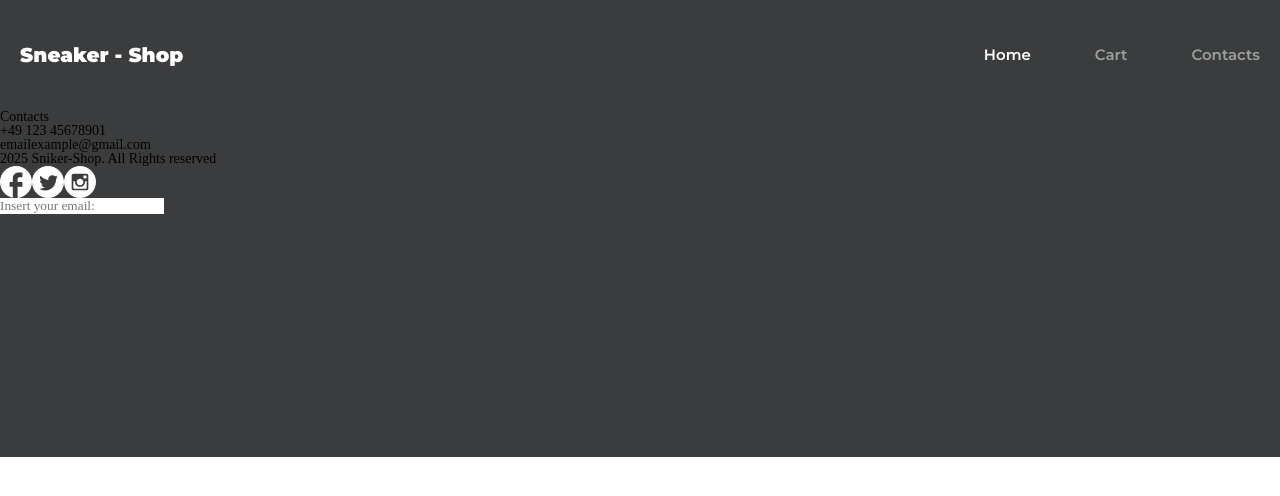
Repository: IstratiiNik/sneaker-shop
Page: /
These files come from the project's save history. The page is drawn as it stood at one moment and after the next save; the edit follows.
The browser window is 1280 px wide. The pictures show the whole page.
The project was rebuilt for these pictures with package versions that can differ from the ones it lists, and the page was loaded fresh each time. Also part of the build but not shown: vite.config.js.

Above is the page before, as saved 2025-07-01 13:55:09.

### index.html
<!DOCTYPE html>
<html lang="en">
  <head>
    <meta charset="UTF-8" />
    <link rel="icon" type="image/svg+xml" href="/vite.svg" />
    <link rel="preconnect" href="https://fonts.googleapis.com" />
    <link rel="preconnect" href="https://fonts.gstatic.com" crossorigin />
    <link
      href="https://fonts.googleapis.com/css2?family=Montserrat:ital,wght@0,100..900;1,100..900&family=Red+Hat+Display:ital,wght@0,300..900;1,300..900&display=swap"
      rel="stylesheet"
    />
    <meta name="viewport" content="width=device-width, initial-scale=1.0" />
    <title>Sneaker Shop</title>
  </head>
  <body>
    <div id="root"></div>
    <script type="module" src="/src/main.jsx"></script>
  </body>
</html>

### src/App.jsx
import Header from "./components/Header/Header";
import Footer from "./components/Footer/Footer";
import "./App.css";

function App() {
  return (
    <>
      <Header />
      <Footer />
    </>
  );
}

export default App;

### src/components/Header/Header.jsx
import React from "react";
import { NavLink } from "react-router-dom";
import styles from "./Header.module.scss";

const Header = () => {
  return (
    <header className={styles.header}>
      <div className={styles.container}>
        <h1>Sneaker - Shop</h1>
        <nav className={styles.nav}>
          <NavLink
            to="/"
            style={({ isActive }) => ({
              color: isActive ? "#FFFFFF" : "#FFFFFF80",
            })}
          >
            Home
          </NavLink>
          <NavLink
            to="/cart"
            style={({ isActive }) => ({
              color: isActive ? "#FFFFFF" : "#FFFFFF80",
            })}
          >
            Cart
          </NavLink>
          <NavLink
            to="/contacts"
            style={({ isActive }) => ({
              color: isActive ? "#FFFFFF" : "#FFFFFF80",
            })}
          >
            Contacts
          </NavLink>
        </nav>
      </div>
    </header>
  );
};

export default Header;

### src/components/Footer/Footer.jsx
import React from "react";
import styles from "./Footer.module.scss";
import facebookLogo from "../../assets/Facebook_logo.svg";
import twitterLogo from "../../assets/Twitter_logo.svg";
import instagramLogo from "../../assets/Instagram_logo.svg";

const Footer = () => {
  return (
    <footer className={styles.footer}>
      <div className={styles.container}>
        <div>
          <p>Contacts</p>
          <div>
            <p>+49 123 45678901</p>
            <p>emailexample@gmail.com</p>
          </div>
          <p>2025 Sniker-Shop. All Rights reserved</p>
        </div>
        <div className={styles.footerRight}>
          <div>
            <a href="link.domain">
              <img src={facebookLogo} alt="facebook" />
            </a>
            <a href="link.domain">
              <img src={twitterLogo} alt="twitter" />
            </a>
            <a href="link.domain">
              <img src={instagramLogo} alt="instagram" />
            </a>
          </div>
          <input type="text" placeholder="Insert your email:" />
        </div>
      </div>
    </footer>
  );
};

export default Footer;

### src/App.css
@import "reset.css";

#root {
  margin: 0 auto;
}

### src/components/Header/Header.module.scss
.header {
  background-color: rgb(59, 60, 61);
  height: 110px;
  width: 100%;
}
.container {
  max-width: 1420px;
  margin: 0 auto;
  height: 100%;
  display: flex;
  align-items: center;
  justify-content: space-between;
  padding: 0 20px;

  h1 {
    color: rgb(255, 255, 255);
    font-family: Montserrat;
    font-size: 20px;
    font-weight: 900;
    line-height: 24px;
  }
}

.nav {
  display: flex;
  gap: 64px;

  font-family: Montserrat;
  font-size: 15px;
  font-weight: 600;
  line-height: 18px;

  @media (max-width: 900px) {
    gap: 40px;
  }

  @media (max-width: 600px) {
    gap: 30px;
  }
}

### src/components/Footer/Footer.module.scss
.footer {
  background-color: rgb(59, 60, 61);
  height: 347px;
  width: 100%;
}
.container {
}
.footerRight {
}

### src/reset.css
@charset "UTF-8";
/*Обнуление*/
* {
  padding: 0;
  margin: 0;
  border: 0;
}

*,
*:before,
*:after {
  -webkit-box-sizing: border-box;
  box-sizing: border-box;
}

:focus,
:active {
  outline: none;
}

a:focus,
a:active {
  outline: none;
}

nav,
footer,
header,
aside {
  display: block;
}

html,
body {
  height: 100%;
  width: 100%;
  font-size: 100%;
  line-height: 1;
  font-size: 14px;
  -ms-text-size-adjust: 100%;
  -moz-text-size-adjust: 100%;
  -webkit-text-size-adjust: 100%;
}

input,
button,
textarea {
  font-family: inherit;
}

input::-ms-clear {
  display: none;
}

button {
  cursor: pointer;
}

button::-moz-focus-inner {
  padding: 0;
  border: 0;
}

a,
a:visited {
  text-decoration: none;
}

a:hover {
  text-decoration: underline;
}

ul li {
  list-style: none;
}

img {
  vertical-align: top;
}

h1,
h2,
h3,
h4,
h5,
h6 {
  font-size: inherit;
  font-weight: inherit;
}

/*--------------------*/

Loaded but not shown: src/main.jsx (common file)

After the next save:
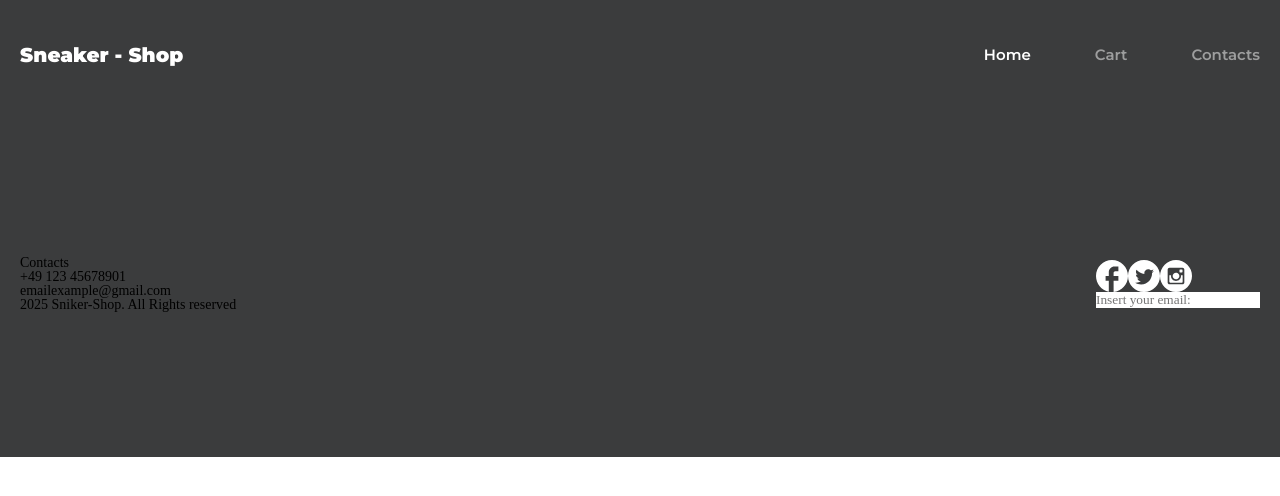
Saved 16 s later.
--- a/src/components/Footer/Footer.module.scss
+++ b/src/components/Footer/Footer.module.scss
@@ -4,6 +4,13 @@
   width: 100%;
 }
 .container {
+  max-width: 1420px;
+  margin: 0 auto;
+  height: 100%;
+  display: flex;
+  align-items: center;
+  justify-content: space-between;
+  padding: 0 20px;
 }
 .footerRight {
 }
